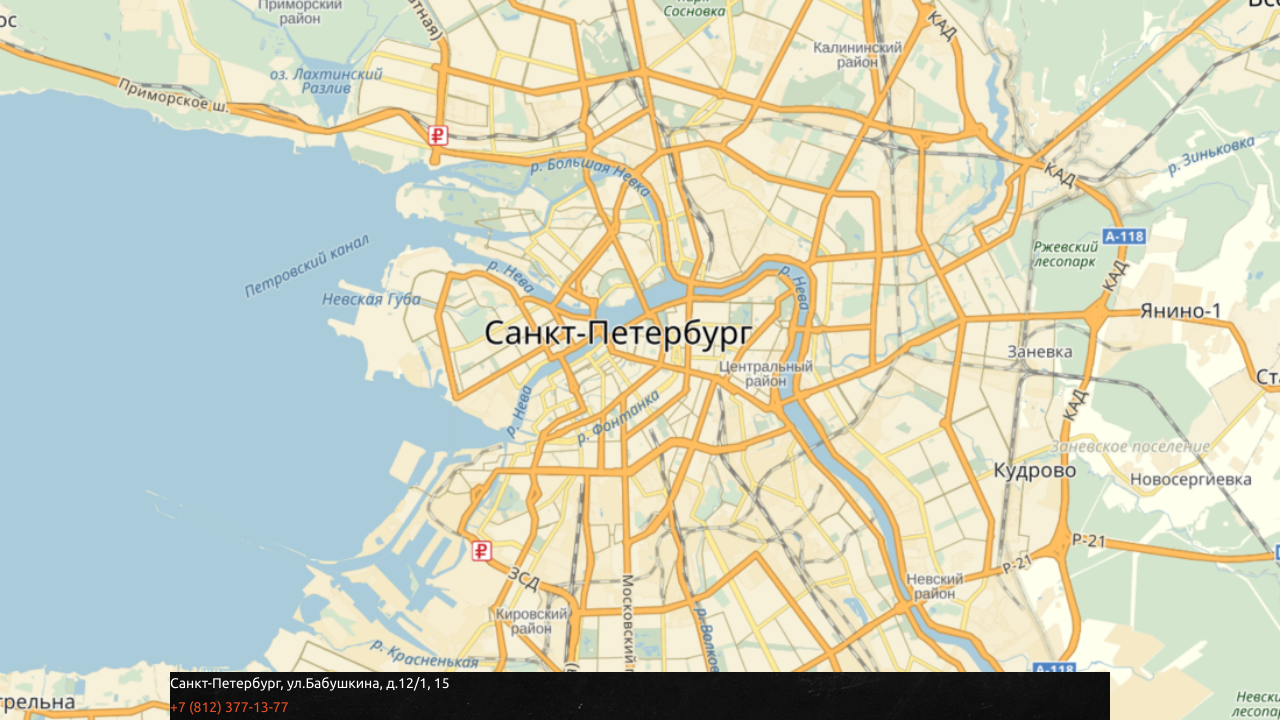
Repository: serbes85/hamburger
Page: burgers page.html
The author's editor kept a copy of each file at every save. The page is drawn from the files as they stood at one save, then again after the next save.
The browser window is 1280 px wide. The pictures show the part of the page from y = 3600 to 4320 px (the page is 4320 px tall).
The style sheet was rebuilt from its Sass, Less or Tailwind sources for each picture, by a compiler version that may differ from the author's.

Above is the page before, as saved 2020-02-08 17:46:15.

After the next save:
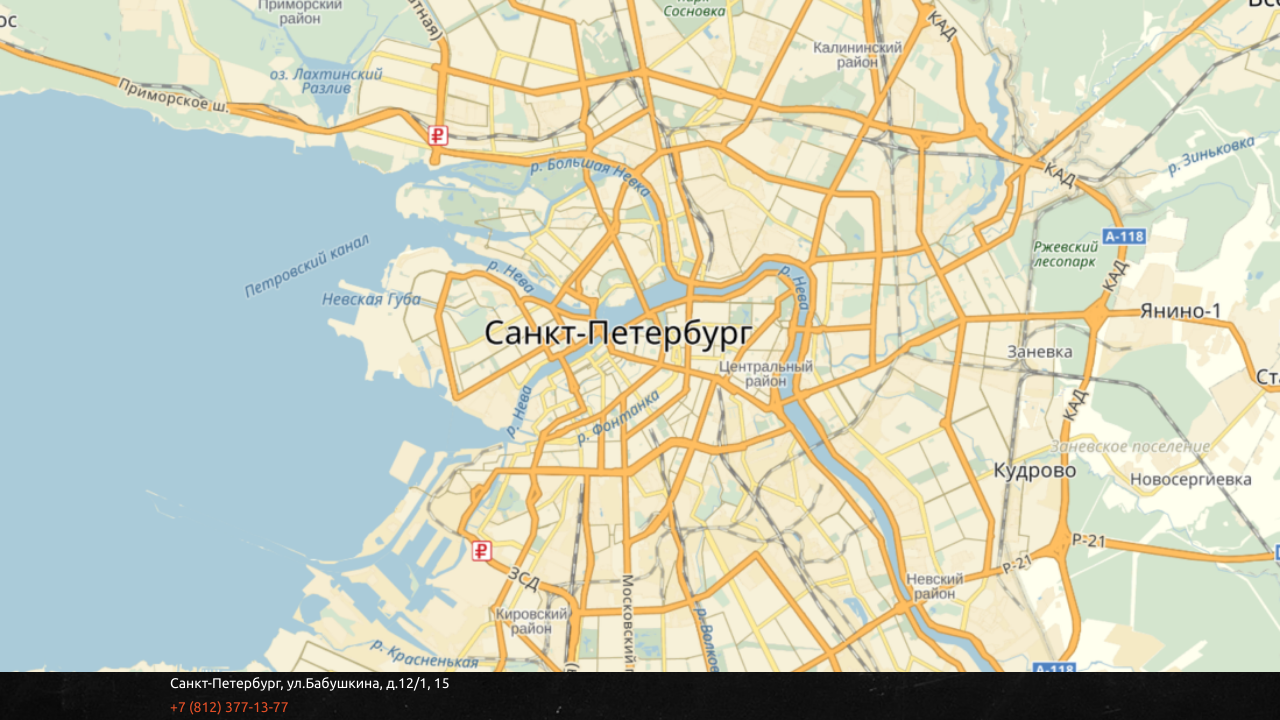
Saved 4 min 33 s later.
--- a/burgers page.html
+++ b/burgers page.html
@@ -379,8 +379,9 @@
 				</ul>
 			</section>
 			<section class="section contacts">
+				<footer class="footer">
 				<div class="container">
-					<footer class="footer">
+
 						<div class="footer__left">
 							<p>Санкт-Петербург, ул.Бабушкина, д.12/1, 15</p>
 							<a href="tel: +78123771377" class="footer__left-phone">+7 (812) 377-13-77 </a>
@@ -388,8 +389,9 @@
 						<div class="footer__right">
 
 						</div>
-					</footer>
+
 				</div>
+			</footer>
 			</section>
 		</main>
 		<div class="button-next">
